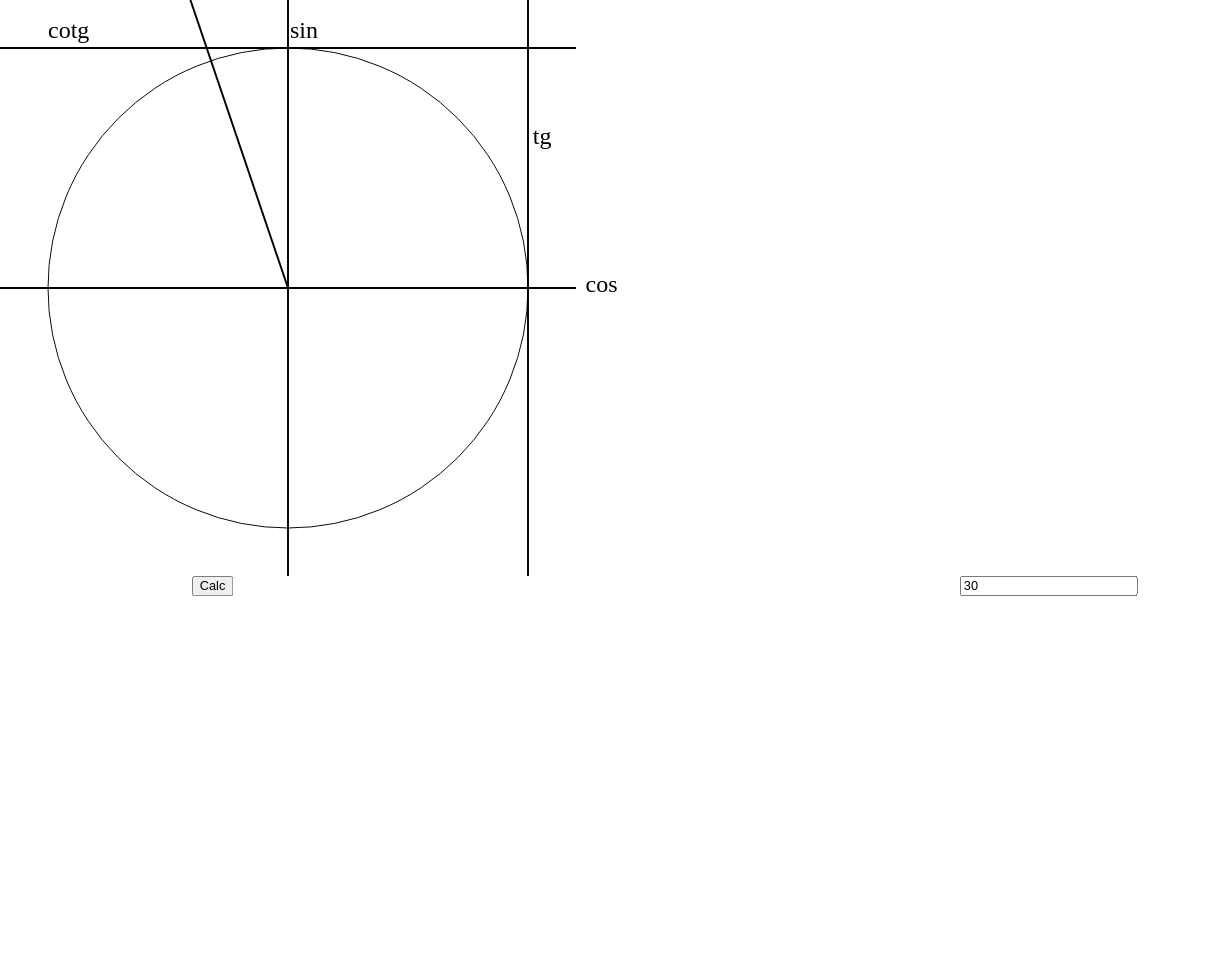
Repository: BraynStorm/braynstorm.github.io
Page: http://localhost/
The author's editor kept a copy of each file at every save. The page is drawn from the files as they stood at one save, then again after the next save.
The browser window is 1280 px wide. The pictures show the whole page, at 96% of full size.
After loading, the first visible `#stupid` was clicked once.
The page is run by PHP 8.4 with error messages shown; the project is at /var/www/html/.

Above is the page before, as saved 2015-02-23 18:24:40.

After the next save:
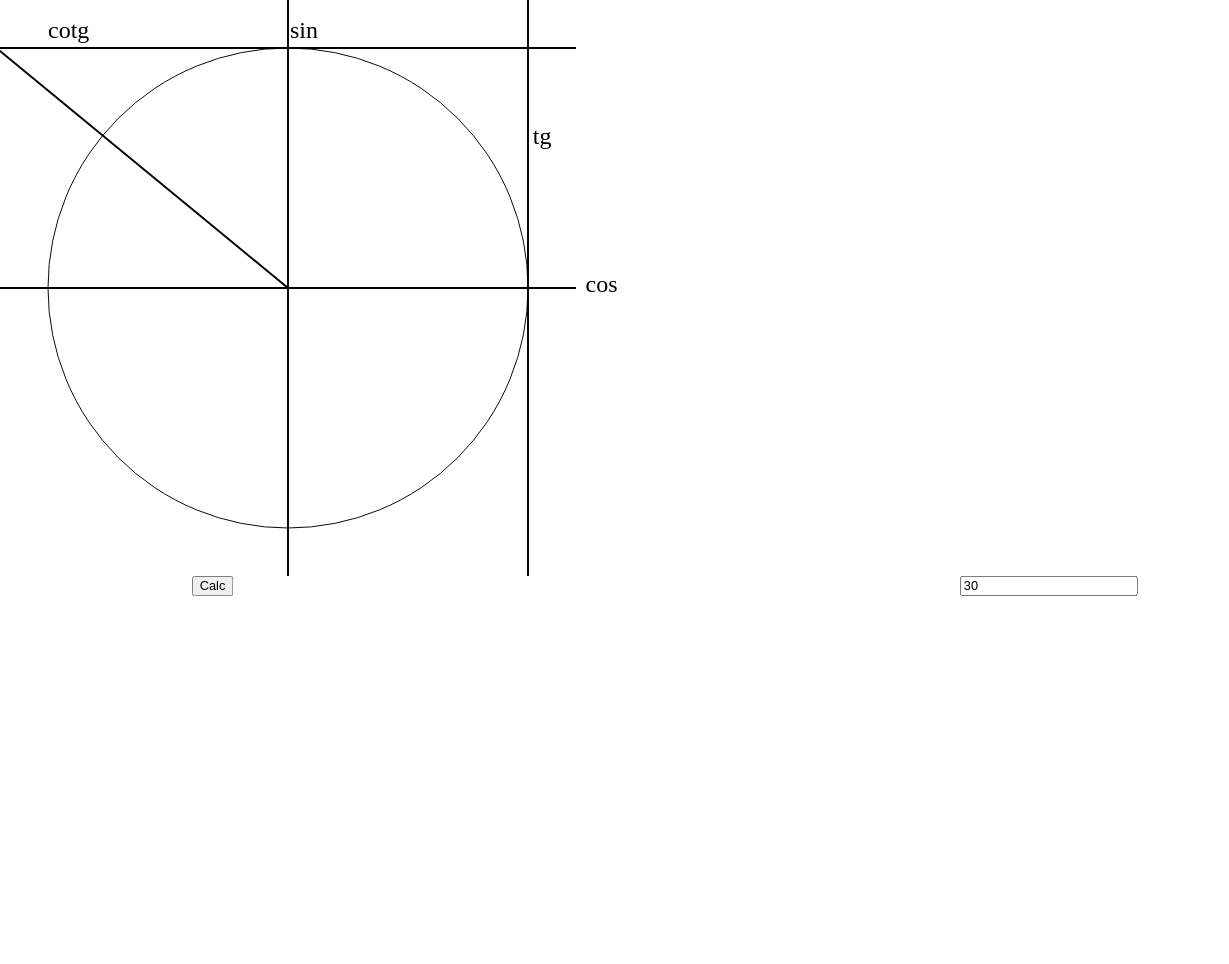
Saved 12 s later.
--- a/JSDrawing/js/swgDrawing.js
+++ b/JSDrawing/js/swgDrawing.js
@@ -7,7 +7,7 @@ $(document).ready(function (){
 
 	function setAngle(){
 		var angle = parseInt(box.val());
-		angle -= 90;
+		angle -= 180;
 		var radians = (Math.PI) * (angle/180) ;
 		var radius = 250;
 		var x = Math.cos(radians) * radius;
